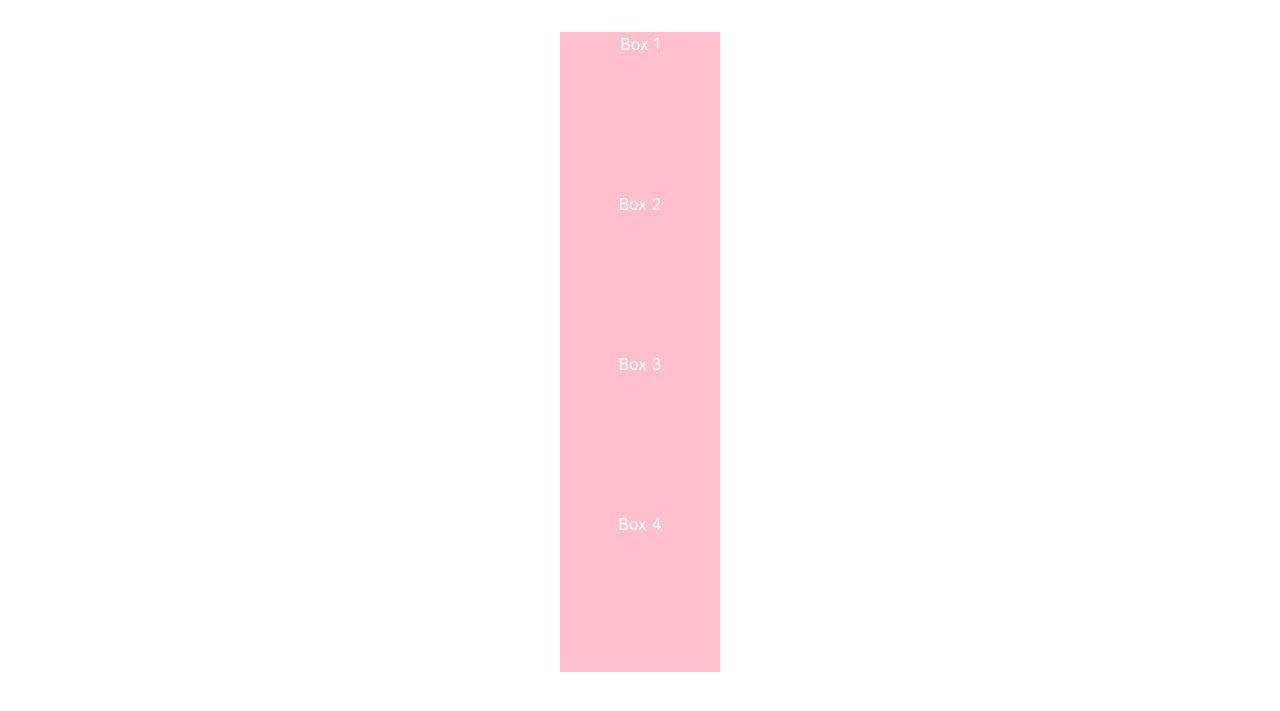
Repository: noutijo/learn-in-depth-chakra-ui
Page: /
An editor plug-in stored every save of this project. The page is shown before and after the next save, followed by the edit.
The browser window is 1280 px wide. The pictures show the whole page.
The project was rebuilt for these pictures with package versions that can differ from the ones it lists, and the page was loaded fresh each time. Also part of the build but not shown: vite.config.ts.

Above is the page before, as saved 2023-01-30 13:12:46.

### src/main.tsx
import React from 'react'
import ReactDOM from 'react-dom/client'
import App from './App'
import './index.css'
import { ChakraProvider } from "@chakra-ui/react"

ReactDOM.createRoot(document.getElementById('root') as HTMLElement).render(
  <ChakraProvider>
  <React.StrictMode>
    <App />
  </React.StrictMode>
  </ChakraProvider>,
)

### src/App.tsx
import './App.css'
import {Box, Flex} from '@chakra-ui/react'

function App() {
  return (
    <div className="App">
      <Box bg="pink" w="10rem" h="10rem" color="white"> Box 1</Box>
      <Box bg="pink" w="10rem" h="10rem" color="white"> Box 2</Box>
      <Box bg="pink" w="10rem" h="10rem" color="white"> Box 3</Box>
      <Box bg="pink" w="10rem" h="10rem" color="white"> Box 4</Box>
    </div>
  )
}

export default App

Loaded but not shown: index.html (common file); src/index.css (common file); src/App.css (common file)

After the next save:
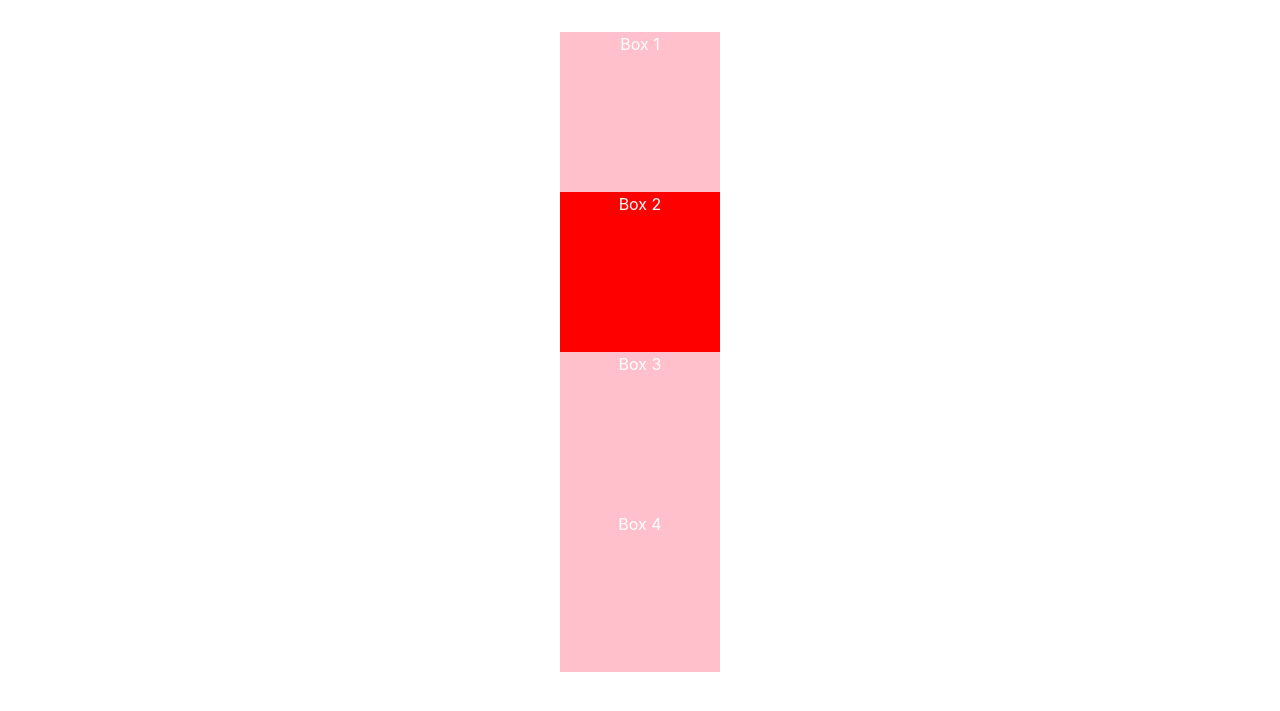
Saved 4 s later.
--- a/src/App.tsx
+++ b/src/App.tsx
@@ -5,7 +5,7 @@ function App() {
   return (
     <div className="App">
       <Box bg="pink" w="10rem" h="10rem" color="white"> Box 1</Box>
-      <Box bg="pink" w="10rem" h="10rem" color="white"> Box 2</Box>
+      <Box bg="red" w="10rem" h="10rem" color="white"> Box 2</Box>
       <Box bg="pink" w="10rem" h="10rem" color="white"> Box 3</Box>
       <Box bg="pink" w="10rem" h="10rem" color="white"> Box 4</Box>
     </div>
